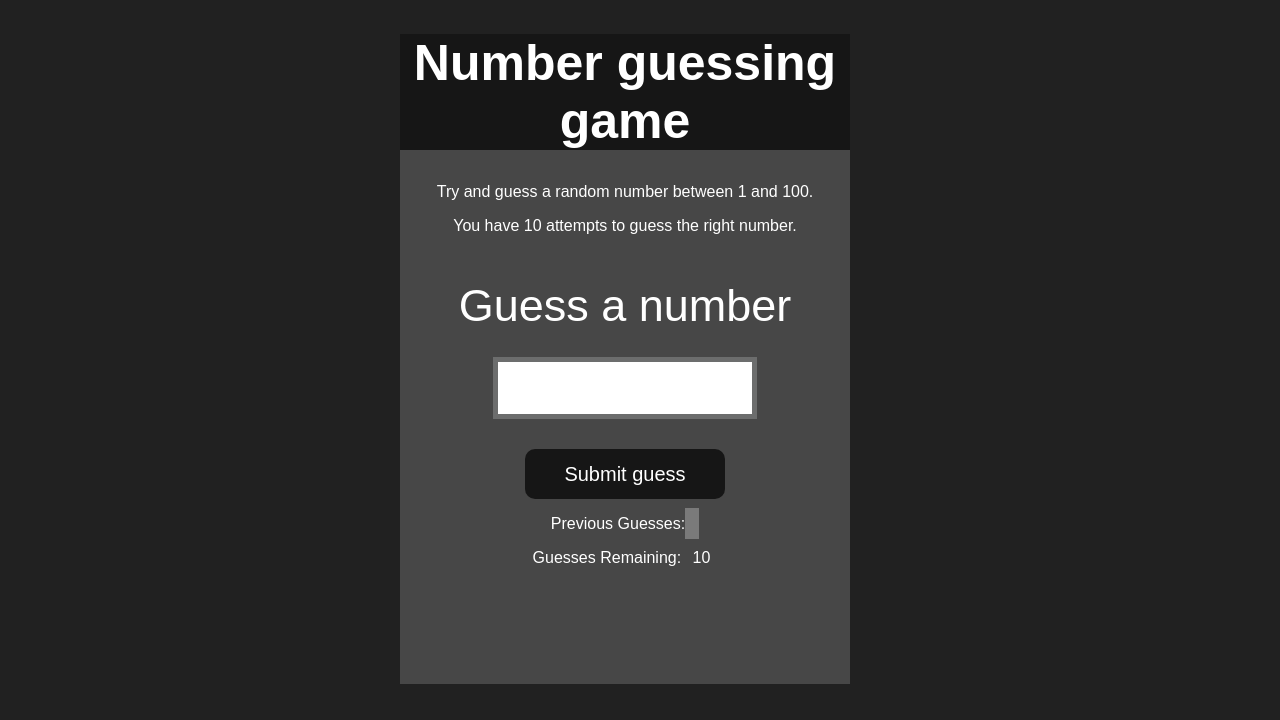
Repository: Chiranshukapil/Mini-project
Page: index.html
These files come from the project's save history. The page is drawn as it stood at one moment and after the next save; the edit follows.
The browser window is 1280 px wide. The pictures show the whole page.

Above is the page before, as saved 2024-06-24 01:38:02.
Not found: styles.css

### index.html
<!DOCTYPE html>
<html lang="en">
<head>
    <meta charset="UTF-8">
    <meta name="viewport" content="width=device-width, initial-scale=1.0">
    <meta http-equiv="X-UA-Compatible" content="ie=edge">
    <title>Number Guessing Game</title>
    <link rel="stylesheet" href="style.css">
    <link rel="stylesheet" href="../styles.css">
</head>
<body style="background-color:#212121; color:#fff;">
  <!-- <nav>
    <a href="/" aria-current="page">Home</a>
    <a target="_blank" href="https://www.youtube.com/@chaiaurcode"
      >Youtube channel</a
    >
  </nav> -->

    <div id="wrapper">
        <h1>Number guessing game</h1>
        <p>Try and guess a random number between 1 and 100.</p>
        <p>You have 10 attempts to guess the right number.</p>
        </br>
        <form class="form">
            <label for="guessField" id="guess">Guess a number</label>
            <input type="text" id="guessField" class="guessField">
            <input type="submit" id="subt" value="Submit guess" class="guessSubmit">
        </form>

        <div class="resultParas">
            <p >Previous Guesses: <span class="guesses"></span></p>
            <p >Guesses Remaining: <span class="lastResult">10</span></p>
            <p class="lowOrHi"></p>
        </div>
    </div>
    <script src="script.js"></script>
</body>
</html>

### style.css
html {
    font-family: sans-serif;
}

body {
    width: 300px;
    max-width: 750px;
    min-width: 480px;
    margin: 0 auto;
    background-color: #212121;
}

.lastResult {
    color: white;
    padding: 7px;
}

.guesses {
    color: white;
    padding: 7px;
}

button {
    background-color: #141414;
    color: #fff;
    width: 250px;
    height: 50px;
    border-radius: 25px;
    font-size: 30px;
    border-style: none;
    margin-top: 30px;
    /* margin-left: 50px; */
}

#subt {
    background-color: #161616;
    color: #ffffff;
    width: 200px;
    height: 50px;
    border-radius: 10px;
    font-size: 20px;
    border-style: none;
    margin-top: 30px;
    /* margin-left: 75px; */
}

#guessField {
    color: #000;
    width: 250px;
    height: 50px;
    font-size: 30px;
    border-style: none;
    margin-top: 25px;
    /* margin-left: 50px; */
    border: 5px solid #6c6d6d;
    text-align: center;
}

#guess {
    font-size: 45px;
    /* margin-left: 90px; */
    /* margin-top: 120px; */
    color: #fff;
}

.guesses {
    background-color: #7a7a7a;
}

#wrapper {
    box-sizing: border-box;
    text-align: center;
    width: 450px;
    height: 650px;
    background-color: #474747;
    color: #fff;
    font-size: 25px;
}

h1 {
    background-color: #161616;
    color: #fff;
    text-align: center;
    font-size:;
}

p {
    font-size: 16px;
    text-align: center;
}

### script.js
let randomnumber = parseInt(Math.random()*100 + 1)

const submit = document.querySelector('#subt')
const userinput = document.querySelector('#guessField')
const guessslot = document.querySelector('.guesses')
const remaining = document.querySelector('.lastResult')
const loworhi = document.querySelector('.lowOrHi')
const startover = document.querySelector('.resultParas')

const p = document.createElement('p')

let Prevguesses = []
let numguesses = 1

let playgame = true

if(playgame){
    submit.addEventListener('click', function(e){
        e.preventDefault()
        const guess = parseInt(userinput.value)
        validateguess(guess)
    })
}
function validateguess(guess){
    if(isNaN(guess)){
        alert('Please enter a valid number')
    }
    else if(guess<1){
        alert("Please enter number greater than 0")
    }else if(guess>100){
        alert('Please enter a number less than 100')
    }else{
        Prevguesses.push(guess)
        if(numguesses===11){
            displayguess(guess)
            displaymessage(`Game Over. Random number was ${randomnumber}`)
            endgame()
        }else{
            displayguess(guess)
            checkGuess(guess)
        }
    }

}

function checkGuess(guess){
    if(guess===randomnumber){
        displaymessage("You Guessed it right")
        endgame()
    }else if(guess<randomnumber){
        displaymessage("Your guess is tooooooooo low")
    }else if(guess>randomnumber){
        displaymessage("Your guess is tooooooooo high")
    }
}

function displayguess(guess){
    userinput.value=''
    guessslot.innerHTML += `${guess}, `
    numguesses++
    remaining.innerHTML = `${11-numguesses}`
}

function displaymessage(message){
    loworhi.innerHTML = `<h2>${message}</h2>`
}

function endgame(){
    userinput.value = ''
    userinput.setAttribute('disabled','')
    p.classList.add('button')
    p.innerHTML = '<h2 id="newGame">Start new game</h2>'
    startover.appendChild(p)
    playgame = false
    newgame()
}

function newgame(){
    const newgame = document.querySelector('#newGame')
    newgame.addEventListener('click', function(e){
        randomnumber = parseInt(Math.random()*100 + 1)
        Prevguesses = []
        numguesses = 1
        guessslot.innerHTML = ''
        remaining.innerHTML = `${11-numguesses}`
        userinput.removeAttribute('disabled')
        startover.removeChild(p)
        playgame = true
    })
}

After the next save:
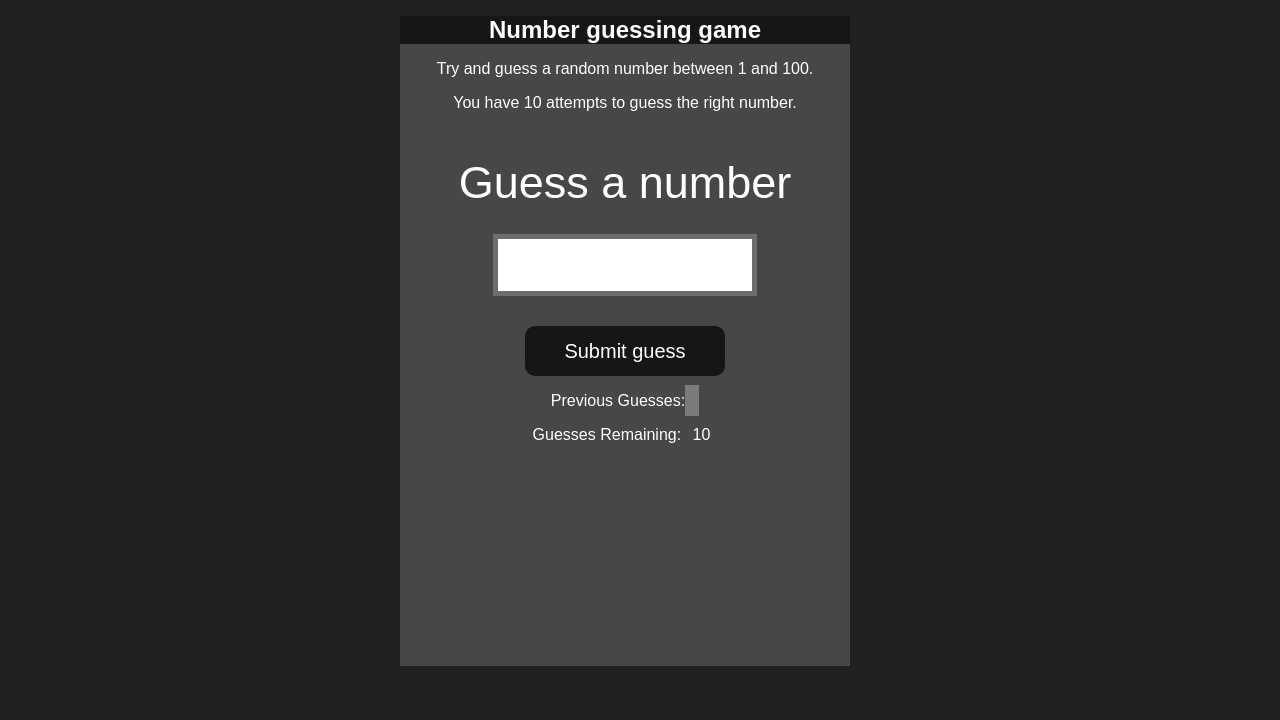
Saved 5 s later.
--- a/style.css
+++ b/style.css
@@ -81,7 +81,7 @@
     background-color: #161616;
     color: #fff;
     text-align: center;
-    font-size:;
+    font-size:x-large;
 }
 
 p {

After the 2 saves that followed:
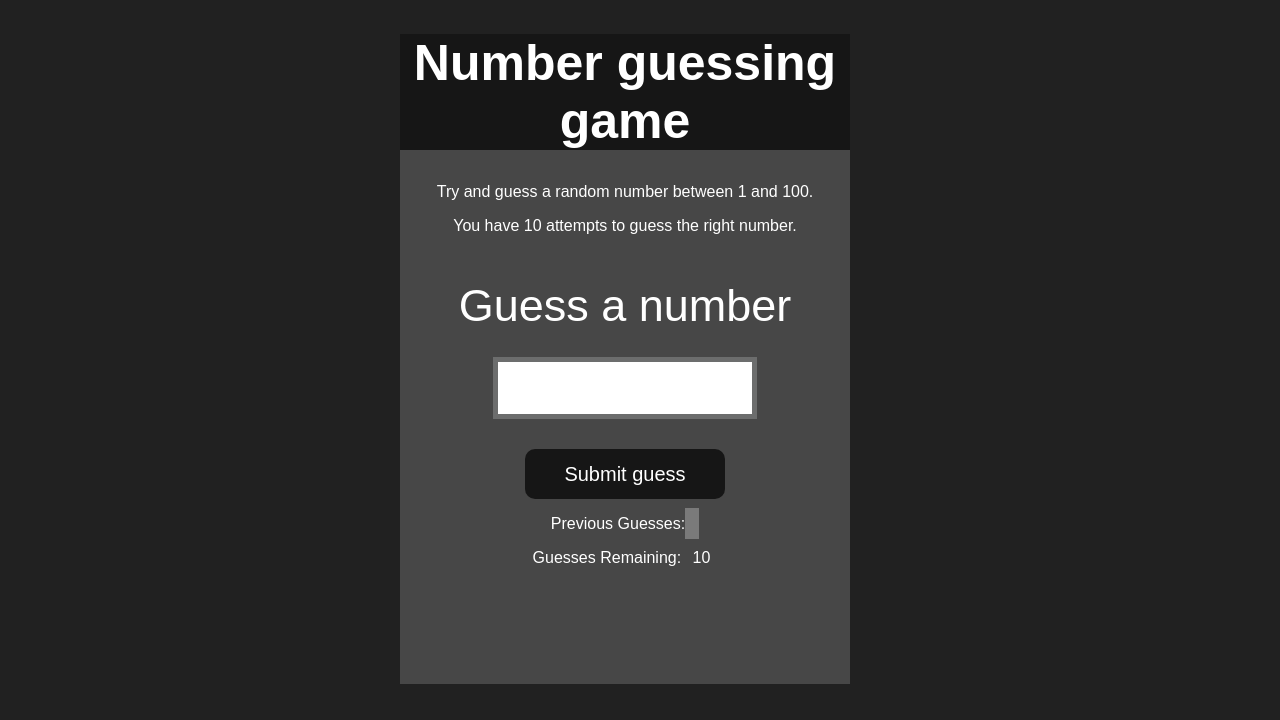
The 2 saves are shown as one change because they came seconds apart.
The last was saved 8 s later.
--- a/style.css
+++ b/style.css
@@ -81,7 +81,6 @@
     background-color: #161616;
     color: #fff;
     text-align: center;
-    font-size:x-large;
 }
 
 p {
